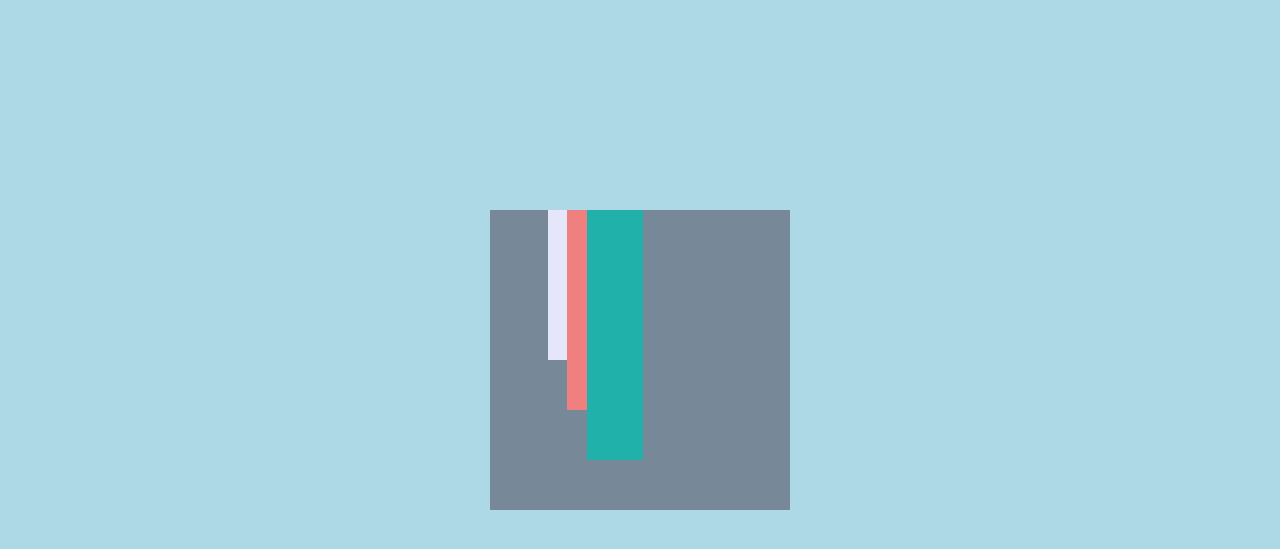
Repository: safak/animation
Page: index.html
The author's editor kept a copy of each file at every save. The page is drawn from the files as they stood at one save, then again after the next save.
The browser window is 1280 px wide. The pictures show the whole page.
The pointer rests on the first visible `.container`.

Above is the page before, as saved 2020-12-18 09:46:03.

After the next save:
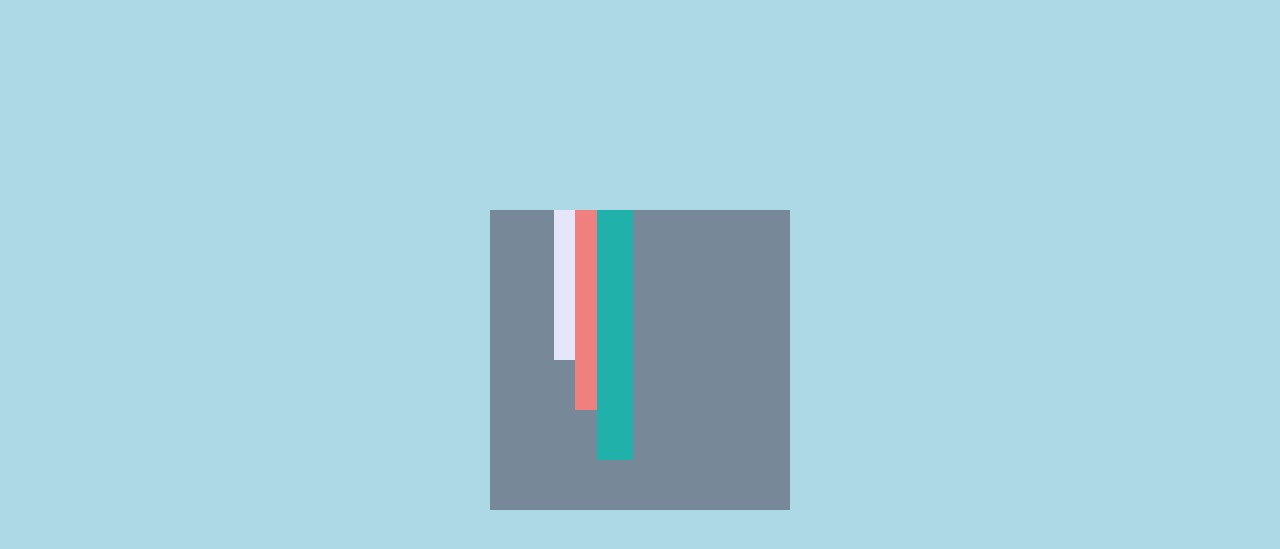
Saved 11 s later.
--- a/style.css
+++ b/style.css
@@ -43,5 +43,5 @@ body {
 }
 
 .container:hover .box {
-  transform: rotateY(80deg);
+  transform: rotateY(85deg);
 }
